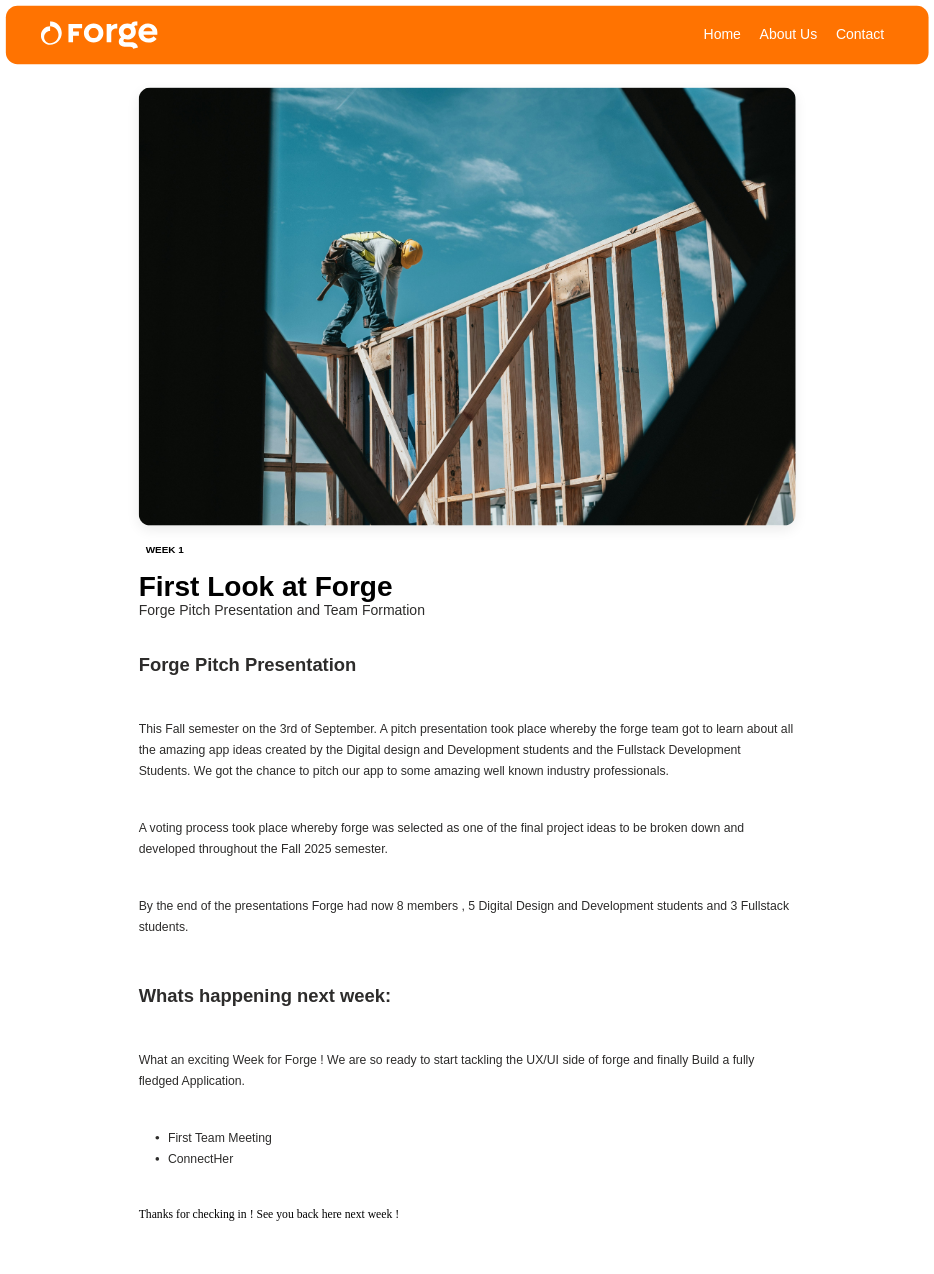
Repository: Forge-IDSP/Blog
Page: /week1
These files come from the project's save history. The page is drawn as it stood at one moment and after the next save; the edit follows.
The browser window is 1280 px wide. The pictures show the whole page, at 73% of full size.
The project was rebuilt for these pictures with package versions that can differ from the ones it lists, and the page was loaded fresh each time. Also part of the build but not shown: vite.config.js, src/index.css, src/ui/card/card.module.css, src/ui/card/card.jsx, src/ui/footer/footer.module.css, src/ui/footer/footer.jsx, src/pages/home.jsx, src/pages/week2.jsx and 7 more.

Above is the page before, as saved 2025-10-27 13:12:14.

After the next save:
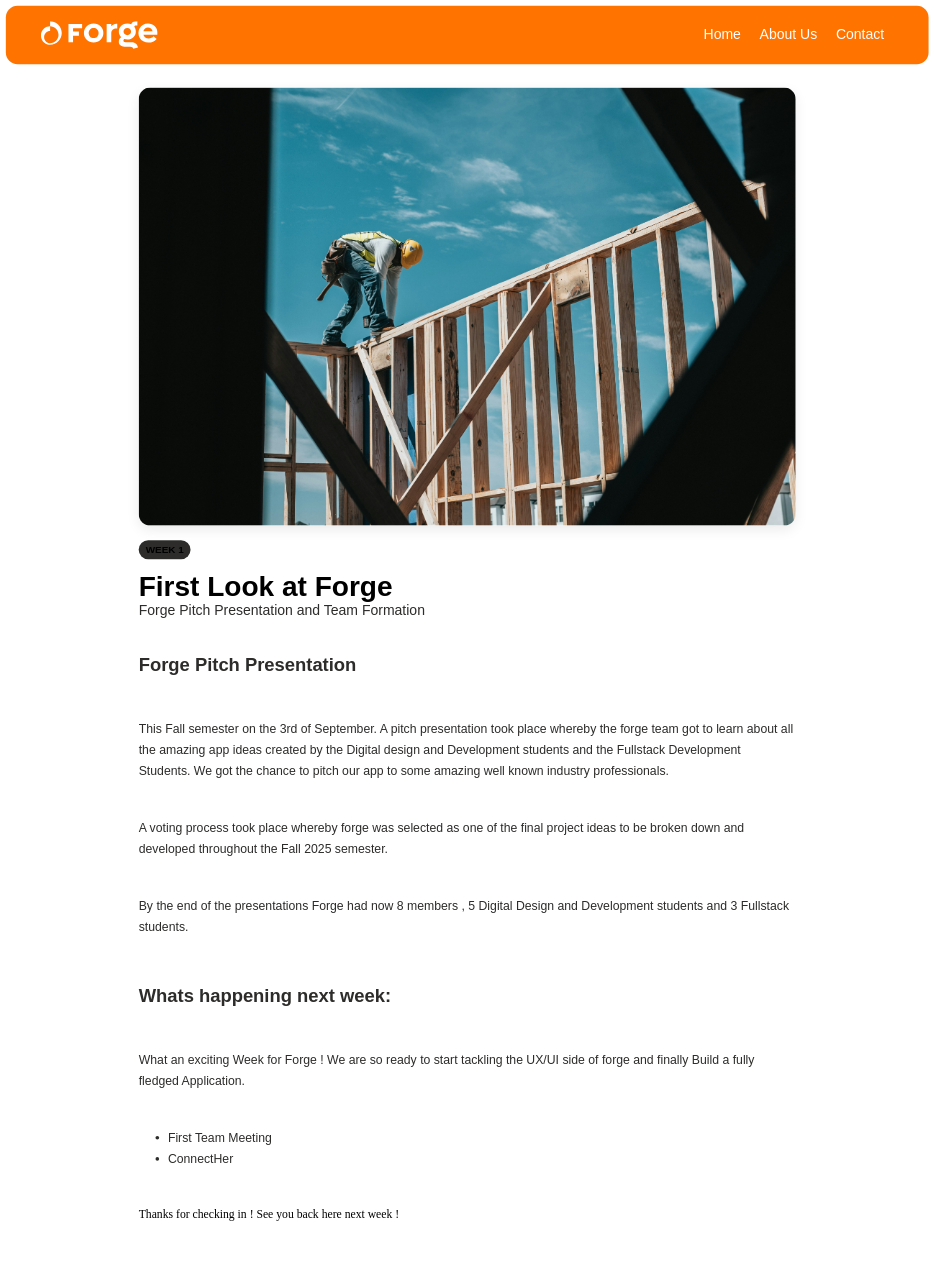
Saved 27 s later.
--- a/src/pages/blogpost.module.css
+++ b/src/pages/blogpost.module.css
@@ -38,7 +38,7 @@
     font-size: 0.85rem;
     font-weight: bold;
     text-transform: uppercase;
-    background: var(--color-primary-light);
+    background: var(--black-500);
     color: var(--black);
     padding: 0.35rem 0.6rem;
     border-radius: 999px;
